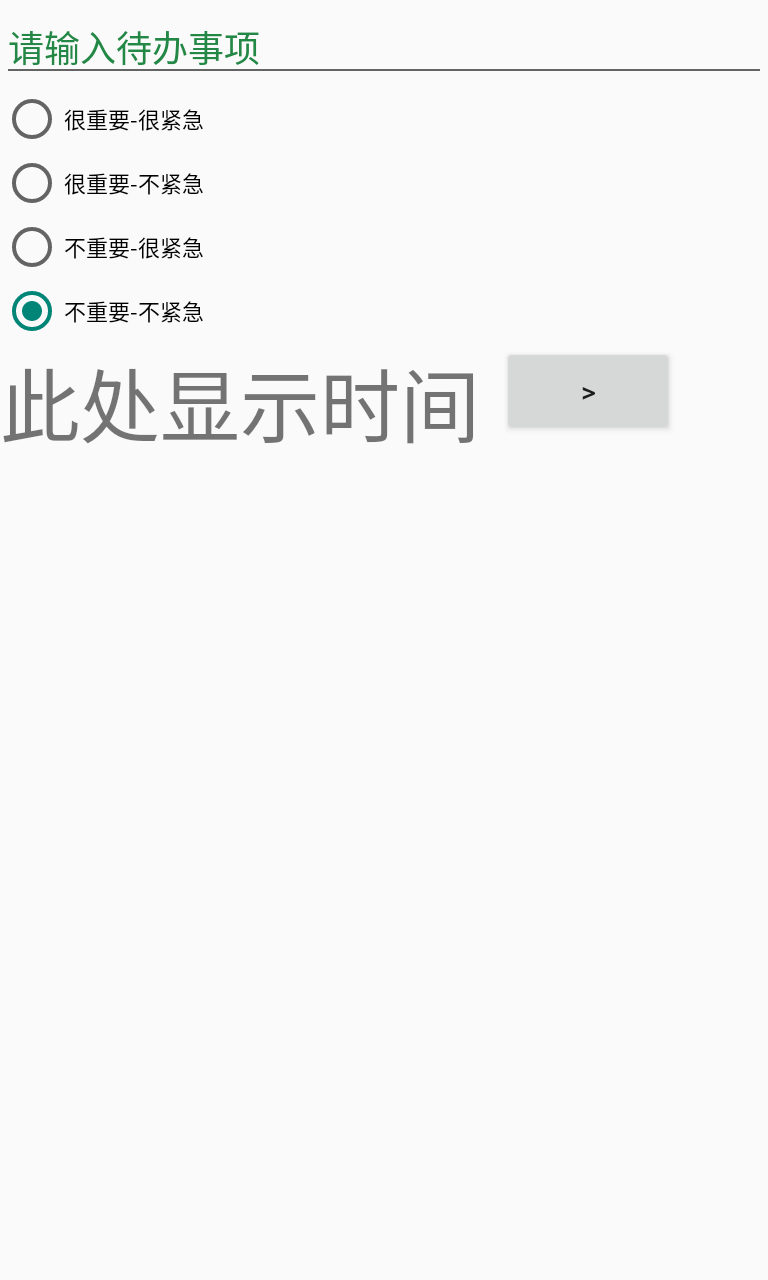
Repository: sh-zh-en/NBTodo
Layout: nbtodo/NBTodo/res/layout/addition_task_layout.xml
These files come from the project's save history. The layout is drawn as it stood at one moment and after the next save; the edit follows.
It is drawn on a 768 x 1280 px phone screen (xhdpi) without system bars, with theme AppTheme; the app's code is not run.

Above is the layout before, as saved 2015-02-12 17:34:45.

### nbtodo/NBTodo/res/layout/addition_task_layout.xml
<?xml version="1.0" encoding="utf-8"?>
<LinearLayout xmlns:android="http://schemas.android.com/apk/res/android"
    android:layout_width="match_parent"
    android:layout_height="match_parent"
    android:layout_gravity="bottom"
    android:orientation="vertical" >

    android:orientation="horizontal" >

    <EditText
	    android:id="@+id/edit_text1"
	    android:layout_width="fill_parent"
	    android:layout_height="wrap_content"
	    android:maxLength="40"
	    android:hint="@string/addition_task_layout_edittext01"
	    android:textColorHint="#238745"/>

    <RadioGroup
        android:id="@+id/radiogroup1"
        android:layout_width="wrap_content"
        android:layout_height="wrap_content"
        android:orientation="vertical"
          >

        <RadioButton
            android:id="@+id/radiobutton1"
            android:layout_width="wrap_content"
            android:layout_height="wrap_content"
            android:layout_weight="1"
            android:checked="true"
            android:gravity="center"
            android:text="@string/addition_task_layout_radiobutton01"
            android:textSize="11.0sp" />

        <RadioButton
            android:id="@+id/radiobutton2"
            android:layout_width="wrap_content"
            android:layout_height="wrap_content"
            android:checked="true"
            android:gravity="center"
            android:text="@string/addition_task_layout_radiobutton02"
            android:textColor="@android:color/black"
            android:textSize="11.0sp" />

        <RadioButton
            android:id="@+id/radiobutton3"
            android:layout_width="wrap_content"
            android:layout_height="wrap_content"
            android:layout_weight="3"
            android:gravity="center"
            android:text="@string/addition_task_layout_radiobutton03"
            android:textColor="@android:color/black"
            android:textSize="11.0sp" />

        <RadioButton
            android:id="@+id/radiobutton4"
            android:layout_width="wrap_content"
            android:layout_height="wrap_content"
            android:checked="true"
            android:gravity="center"
            android:text="@string/addition_task_layout_radiobutton04"
            android:textColor="@android:color/black"
            android:textSize="11.0sp" />

    </RadioGroup>

    <FrameLayout
        android:layout_width="match_parent"
        android:layout_height="match_parent"
        android:layout_gravity="bottom"
        android:layout_marginRight="@dimen/abc_action_bar_icon_vertical_padding_material"
        android:orientation="vertical" >

		<TextView
		    android:id="@+id/dateAndTime"
		    android:layout_width="fill_parent"
		    android:layout_height="wrap_content"
		    android:lines="1"
		    android:text="@string/show_time"
		    android:textSize="40sp"
		     />

		<Button
		    android:id="@+id/setDate"
		    android:layout_width="wrap_content"
		    android:layout_height="wrap_content"
		    android:layout_marginLeft="250dp"
		    android:layout_weight="1"
		    android:text=">" />

	    </FrameLayout>

</LinearLayout>

### nbtodo/NBTodo/res/values/strings.xml
<?xml version="1.0" encoding="utf-8"?>
<resources>

    <string name="app_name">NBTodo</string>
    <string name="hello_world">Hello world!</string>
    <string name="action_settings">Settings</string>


    <string name="activity_nbtodo_main_button01">添加任务</string>


    <string name="addition_task_layout_edittext01">请输入待办事项</string>
    <string name="addition_task_layout_radiobutton01">很重要-很紧急</string>
    <string name="addition_task_layout_radiobutton02">很重要-不紧急</string>
    <string name="addition_task_layout_radiobutton03">不重要-很紧急</string>
    <string name="addition_task_layout_radiobutton04">不重要-不紧急</string>
    <string name="show_time">此处显示时间</string>




</resources>

Loaded but not shown: nbtodo/NBTodo/res/values/styles.xml (common file); nbtodo/NBTodo/res/values-v11/styles.xml (common file); nbtodo/NBTodo/res/values-v14/styles.xml (common file)

After the next save:
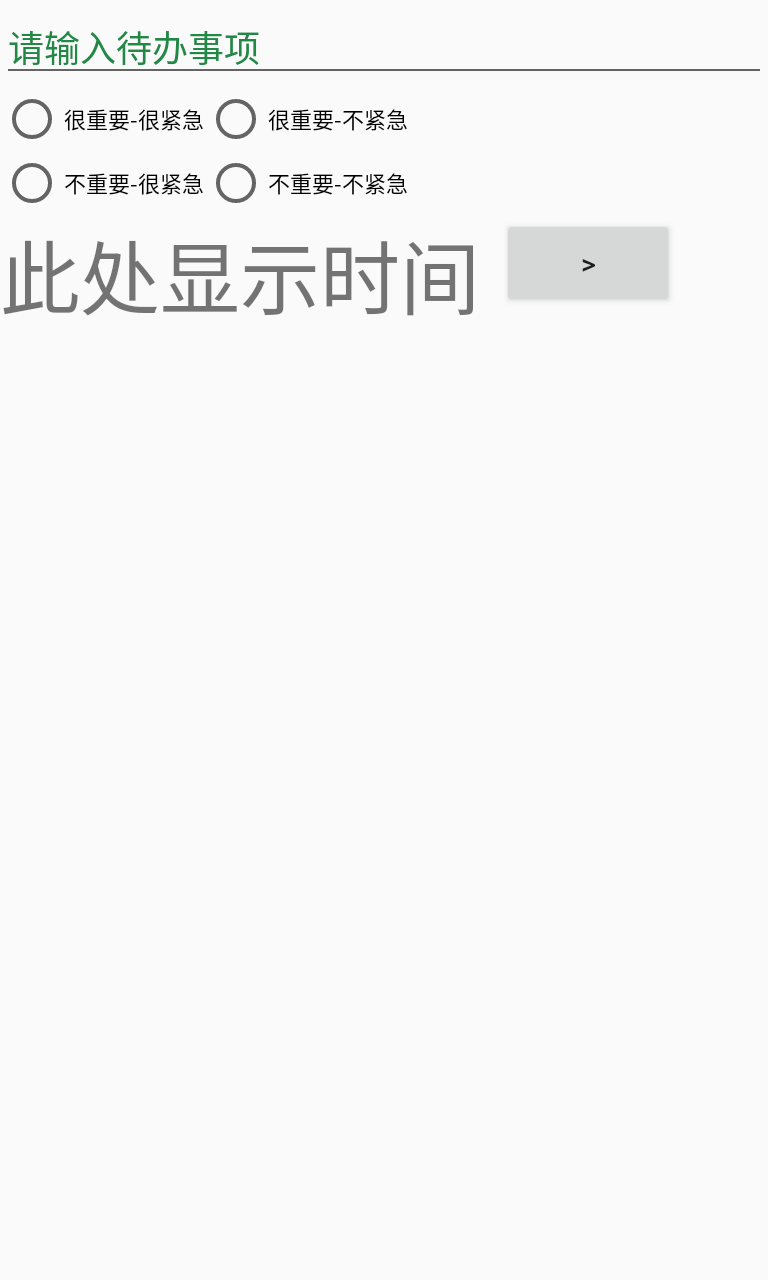
Saved 6 min 40 s later.
--- a/nbtodo/NBTodo/res/layout/addition_task_layout.xml
+++ b/nbtodo/NBTodo/res/layout/addition_task_layout.xml
@@ -21,46 +21,57 @@
         android:layout_height="wrap_content"
         android:orientation="vertical"
           >
+		<LinearLayout xmlns:android="http://schemas.android.com/apk/res/android"
+			android:layout_width="match_parent"
+			android:layout_height="match_parent"
+			android:orientation="horizontal" >
 
-        <RadioButton
-            android:id="@+id/radiobutton1"
-            android:layout_width="wrap_content"
-            android:layout_height="wrap_content"
-            android:layout_weight="1"
-            android:checked="true"
-            android:gravity="center"
-            android:text="@string/addition_task_layout_radiobutton01"
-            android:textSize="11.0sp" />
+		     <RadioButton
+	            android:id="@+id/radiobutton1"
+	            android:layout_width="wrap_content"
+	            android:layout_height="wrap_content"
+	            android:layout_weight="1"
+	            android:gravity="center"
+	            android:text="@string/addition_task_layout_radiobutton01"
+	            android:textSize="11.0sp" />
 
-        <RadioButton
-            android:id="@+id/radiobutton2"
-            android:layout_width="wrap_content"
-            android:layout_height="wrap_content"
-            android:checked="true"
-            android:gravity="center"
-            android:text="@string/addition_task_layout_radiobutton02"
-            android:textColor="@android:color/black"
-            android:textSize="11.0sp" />
+	        <RadioButton
+	            android:id="@+id/radiobutton2"
+	            android:layout_width="wrap_content"
+	            android:layout_height="wrap_content"
+	            android:gravity="center"
+	            android:text="@string/addition_task_layout_radiobutton02"
+	            android:textColor="@android:color/black"
+	            android:textSize="11.0sp" />
 
-        <RadioButton
-            android:id="@+id/radiobutton3"
-            android:layout_width="wrap_content"
-            android:layout_height="wrap_content"
-            android:layout_weight="3"
-            android:gravity="center"
-            android:text="@string/addition_task_layout_radiobutton03"
-            android:textColor="@android:color/black"
-            android:textSize="11.0sp" />
+		</LinearLayout>
+ 		<LinearLayout xmlns:android="http://schemas.android.com/apk/res/android"
+			android:layout_width="match_parent"
+			android:layout_height="match_parent"
+			android:orientation="horizontal" >
 
-        <RadioButton
-            android:id="@+id/radiobutton4"
-            android:layout_width="wrap_content"
-            android:layout_height="wrap_content"
-            android:checked="true"
-            android:gravity="center"
-            android:text="@string/addition_task_layout_radiobutton04"
-            android:textColor="@android:color/black"
-            android:textSize="11.0sp" />
+ 		    <RadioButton
+	            android:id="@+id/radiobutton3"
+	            android:layout_width="wrap_content"
+	            android:layout_height="wrap_content"
+	            android:layout_weight="3"
+	            android:gravity="center"
+	            android:text="@string/addition_task_layout_radiobutton03"
+	            android:textColor="@android:color/black"
+	            android:textSize="11.0sp" />
+
+	        <RadioButton
+	            android:id="@+id/radiobutton4"
+	            android:layout_width="wrap_content"
+	            android:layout_height="wrap_content"
+	            android:gravity="center"
+	            android:text="@string/addition_task_layout_radiobutton04"
+	            android:textColor="@android:color/black"
+	            android:textSize="11.0sp" />
+
+
+		</LinearLayout>
+
 
     </RadioGroup>
 
